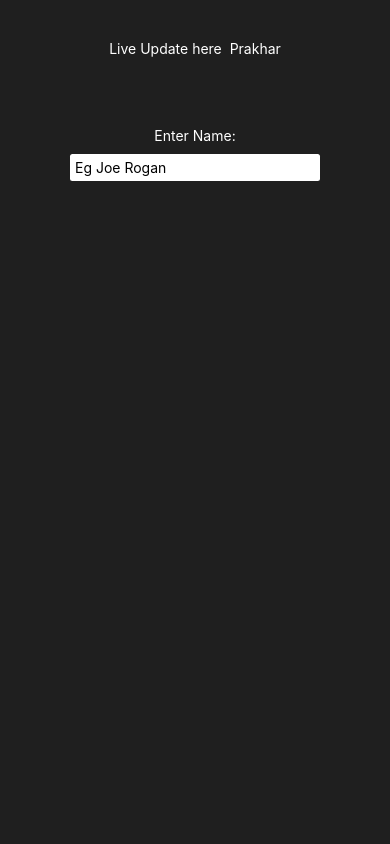
Repository: PrakharGupta36/TodoApp-React-Native
Screen: /
The author's editor kept a copy of each file at every save. The screen is drawn from the files as they stood at one save, then again after a run of saves.
The app was drawn by React Native's web renderer in a window 390 px wide. The project was rebuilt for these pictures with package versions that can differ from the ones it lists, and the page was loaded fresh each time.

Above is the screen before, as saved 2022-03-16 12:06:26.

### App.js
import {
  StyleSheet,
  Text,
  View,
  StatusBar,
  Button,
  TextInput,
  ScrollView,
  FlatList,
} from "react-native";
import { React, useState, useEffect } from "react";

export default function App() {
  const [name, setName] = useState("Prakhar");
  const [people, setPeople] = useState([
    { name: "shaun", id: "1" },
    { name: "yoshi", id: "2" },
    { name: "mario", id: "3" },
    { name: "luigi", id: "4" },
    { name: "peach", id: "5" },
    { name: "toad", id: "6" },
    { name: "bowser", id: "7" },
  ]);

  return (
    <View style={styles.container}>
      <Text style={styles.textWhite}> Live Update here  {name} </Text>

      <View style={styles.buttonContainer}>
        <Text style={styles.textWhite}> Enter Name: </Text>
        <TextInput
          style={styles.input}
          placeholder='Eg Joe Rogan'
          onChangeText={(e) => setName(e)}
        />
      </View>
      <FlatList data={people} />
      <StatusBar style='auto' />
    </View>
  );
}

const styles = StyleSheet.create({
  container: {
    flex: 1,
    backgroundColor: "#fff",
    alignItems: "center",
    justifyContent: "center",
    backgroundColor: "#1f1f1f",
    paddingTop: 30,
    paddingBottom: 30,
  },
  text: {
    color: "white",
    backgroundColor: "pink",
    padding: 30,
    width: 200,
    fontWeight: "bold",
    textAlign: "center",
    margin: 10,
    borderRadius: 2.5,
  },
  textWhite: {
    color: "white",
    margin: 10,
  },
  buttonContainer: {
    flex: 1,
    backgroundColor: "#fff",
    alignItems: "center",
    backgroundColor: "#1f1f1f",
    paddingTop: 30,
    paddingBottom: 30,
    margin: 20,
  },
  input: {
    backgroundColor: "white",
    borderRadius: 2.5,
    padding: 5,
    color: "black",
    width: 250,
  },
});

After the next 2 saves:
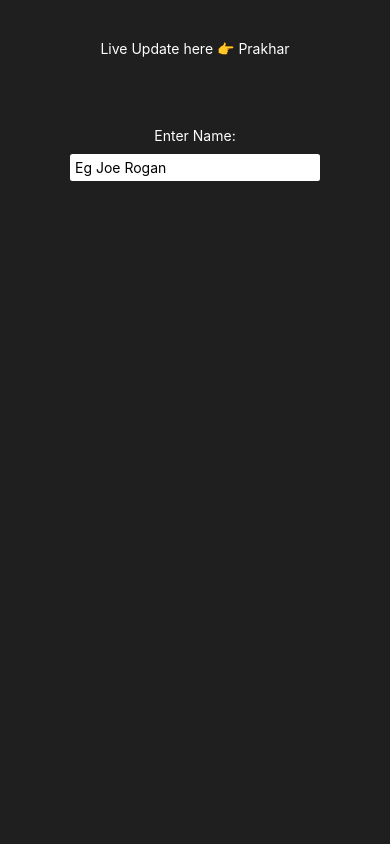
The 2 saves are shown as one change because they came seconds apart.
The last was saved 27 s later.
--- a/App.js
+++ b/App.js
@@ -24,7 +24,7 @@
 
   return (
     <View style={styles.container}>
-      <Text style={styles.textWhite}> Live Update here  {name} </Text>
+      <Text style={styles.textWhite}> Live Update here 👉 {name} </Text>
 
       <View style={styles.buttonContainer}>
         <Text style={styles.textWhite}> Enter Name: </Text>
